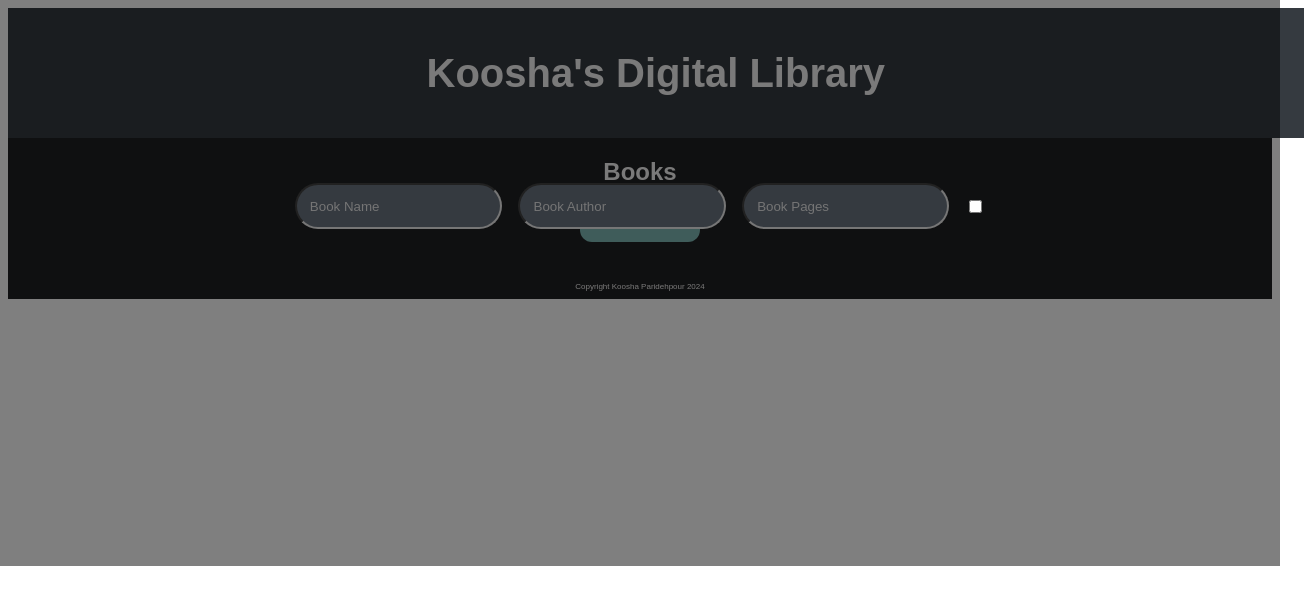
Repository: KooshaPari/odin-TTT
Page: index.html
An editor plug-in stored every save of this project. The page is shown before and after the next save, followed by the edit.
The browser window is 1280 px wide. The page is 1304 px wide, so the pictures cover 1304 px, including what lies to the right of the window. The pictures show the whole page.

Above is the page before, as saved 2024-03-14 21:49:51.
Console error: TypeError: Document.querySelector is not a function

### index.html
<!doctype html>
<html lang="en">
  <head>
    <meta charset="UTF-8" />
    <script src="./lib.js"></script>
    <link rel="stylesheet" href="./style.css" />
    <meta name="viewport" content="width=device-width, initial-scale=1.0" />
    <title>Document</title>
  </head>
  <body>
    <div id="parent">
      <div id="header">
        <h1>Koosha's Digital Library</h1>
      </div>
      <div id="body">
        <div class="isVisible" id="bookForm">
          <form id="bookAdd">
            <input type="text" class="inpForm" id="bookName" placeholder="Book Name" />
            <input type="text" class="inpForm" id="bookAuthor" placeholder="Book Author" />
            <input type="text" class="inpForm" id="bookPages" placeholder="Book Pages" />
            <input type="checkbox" class="inpForm" id="bookRead" placeholder="Book Read" />
          </form>
        </div>
        <h2 id="title">Books</h2>
        <button id="add-book">Add Book</button>
        <ol id="book-list"></ol>
      </div>
      <div id="footer">
        <p>Copyright Koosha Paridehpour 2024</p>
      </div>
    </div>
  </body>
</html>

### lib.js
const myLibrary = []
function Book(title, author, pages, read) {
  this.title = title
  this.author = author
  this.pages = pages
  this.read = read
}

function addBookToLibrary(book) {
  myLibrary.push(book)
}
const page = Document.querySelector('#body')
const bookList = Document.querySelector('#book-list')
const bookForm = Document.querySelector('#bookForm')
/* CREATE PREMADE CARD GENERIC THAT IS CLONE & MODIFIED WITH GIVEN INFORMATION */
function render() {
  for (let book of myLibrary) {
    bookList.appendChild(createBookCard(book))
  }
}
const addBook = document.querySelector('#add-book')
addBook.addEventListener('click', () => bookAddHandler())

function bookAddHandler() {
  bookForm.classList.toggle('isVisible')
}

### style.css
* {
  font-family: sans-serif;
}
#parent {
  background-color: #1f2022;
  width: 100%;
  height: 100%;
}
#header {
  background-color: #353a40;
  padding: 1.25%;
  width: 100%;
  height: 100%;
}
#header h1 {
  color: #f6f5f5;

  font-size: 2.5em;
}
#footer p {
  color: #f6f5f5;
  font-size: 0.5em;
}

#header,
#footer,
#body {
  display: flex;
  align-items: center;
  justify-content: center;
}
#title {
  color: #f6f5f5;
}
#body {
  flex-direction: column;
}
#add-book {
  color: #1f2022;
  background-color: #7ebab5;
  border-radius: 1em;
  border: none;
  padding: 0.5em;
  height: 3em;
  width: 10em;
  font-size: 12px;
  font-weight: bold;
  -webkit-border-radius: 1em;
  -moz-border-radius: 1em;
  -ms-border-radius: 1em;
  -o-border-radius: 1em;
}
#bookForm {
  position: absolute;
  width: 100%;
  height: 100%;
  background-color: rgba(0, 0, 0, 0.5);
  align-items: center;
  justify-content: center;
  display: flex;
}
#bookAdd {
  align-items: center;
  justify-content: center;
  display: flex;
  gap: 1em;
}
.isVisible {
  visibility: visible;
}
#add-book:hover {
  background-color: #5e8d87;
}
#add-book:active {
  background-color: #3e6d67;
}
.inpForm {
  flex: 1;
  background-color: #353a40;
  padding: 1em;
  border-radius: 2em;
  -webkit-border-radius:;
  -moz-border-radius:;
  -ms-border-radius:;
  -o-border-radius:;
}
#bookRead {
  background-color: red;
}

After the next save:
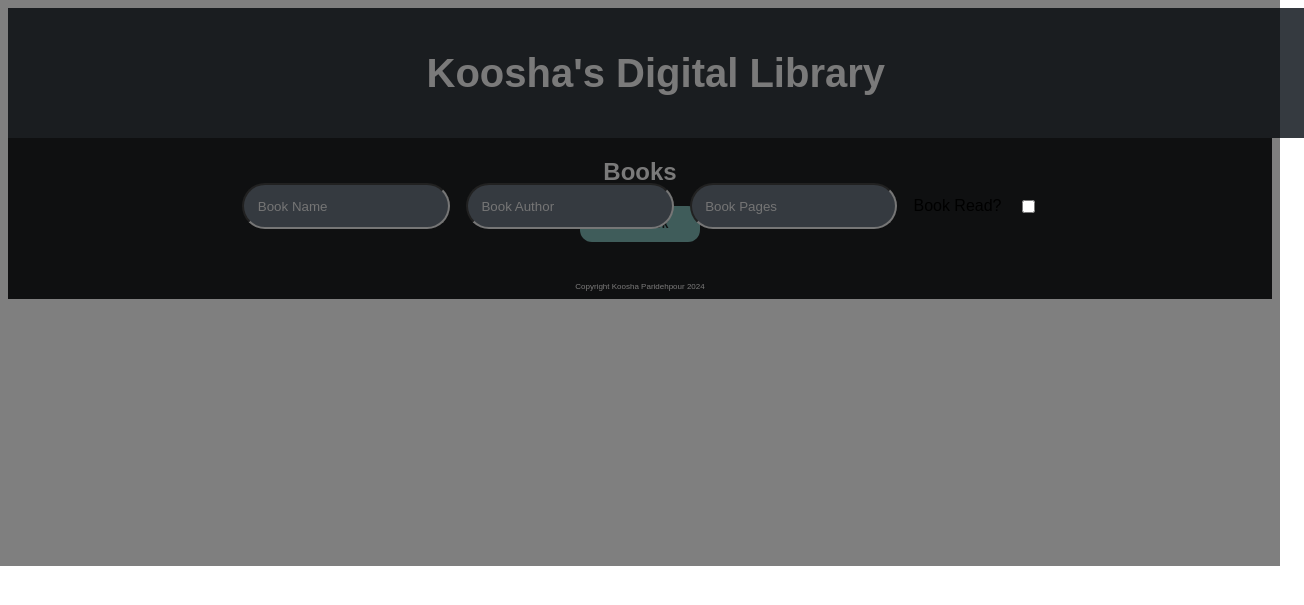
Saved 20 s later.
--- a/index.html
+++ b/index.html
@@ -18,6 +18,7 @@
             <input type="text" class="inpForm" id="bookName" placeholder="Book Name" />
             <input type="text" class="inpForm" id="bookAuthor" placeholder="Book Author" />
             <input type="text" class="inpForm" id="bookPages" placeholder="Book Pages" />
+            <label id="bookLBL">Book Read?</label>
             <input type="checkbox" class="inpForm" id="bookRead" placeholder="Book Read" />
           </form>
         </div>
